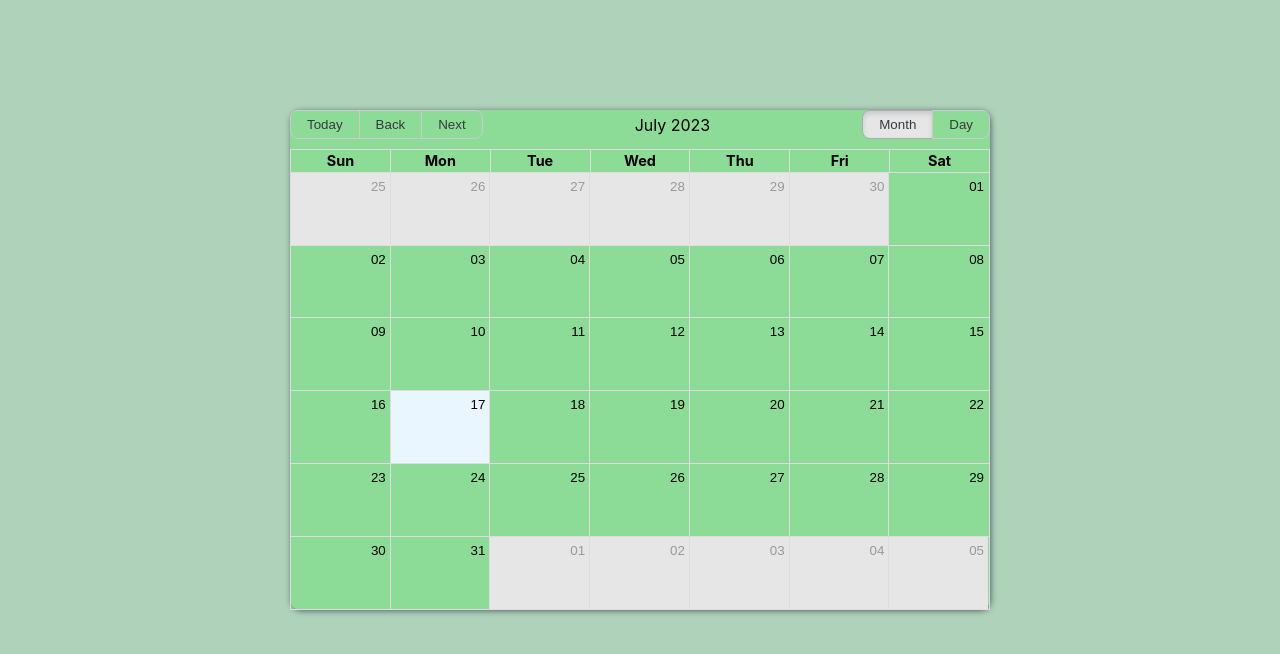
Repository: TetianaMishatkina/Calories-diary
Page: /
An editor plug-in stored every save of this project. The page is shown before and after the next save, followed by the edit.
The browser window is 1280 px wide. The pictures show the whole page.
The project was rebuilt for these pictures with package versions that can differ from the ones it lists, and the page was loaded fresh each time. Also part of the build but not shown: vite.config.js, src/components/informationForm/styled.js, src/components/informationForm/index.jsx.

Above is the page before, as saved 2023-07-20 14:37:40.

### src/App.jsx
import { useState } from 'react'
import './App.css'
import { Main } from './pages/main'

function App() {

  return (
    <Main />
  )
}

export default App

### src/index.css
:root {
  font-family: Inter, system-ui, Avenir, Helvetica, Arial, sans-serif;
  line-height: 1.5;
  font-weight: 400;


  font-synthesis: none;
  text-rendering: optimizeLegibility;
  -webkit-font-smoothing: antialiased;
  -moz-osx-font-smoothing: grayscale;
  -webkit-text-size-adjust: 100%;
}

a {
  font-weight: 500;
  color: #646cff;
  text-decoration: inherit;
}

a:hover {
  color: #535bf2;
}

body {
  margin: 0;
  display: flex;
  place-items: center;
  min-width: 320px;
  min-height: 100vh;
  background-color: #afd3ba;
  ;
  ;
}

h1 {
  font-size: 3.2em;
  line-height: 1.1;
}

### src/App.css
#root {
  max-width: 1280px;
  margin: 0 auto;
  padding: 2rem;
  text-align: center;
}

.logo {
  height: 6em;
  padding: 1.5em;
  will-change: filter;
  transition: filter 300ms;
}

.logo:hover {
  filter: drop-shadow(0 0 2em #646cffaa);
}

.logo.react:hover {
  filter: drop-shadow(0 0 2em #61dafbaa);
}

@keyframes logo-spin {
  from {
    transform: rotate(0deg);
  }

  to {
    transform: rotate(360deg);
  }
}

@media (prefers-reduced-motion: no-preference) {
  a:nth-of-type(2) .logo {
    animation: logo-spin infinite 20s linear;
  }
}

.card {
  padding: 2em;
}

.read-the-docs {}

### src/pages/main/index.jsx
import React from 'react';
import { MyCalendar } from '../../components/calendar';

export const Main = () => {
    return (

        <MyCalendar />

    )
}

### src/components/calendar/index.jsx
import React, { useState } from 'react'
import { momentLocalizer } from 'react-big-calendar'

import moment from 'moment'
import "react-big-calendar/lib/css/react-big-calendar.css";
import { StyledCalendar, StyledModal, StyledContentContainer, StyledArrowBackIcon } from "./styled"
import { InformationForm } from '../informationForm';


const localizer = momentLocalizer(moment)

export const MyCalendar = (props) => {
    const [open, setOpen] = useState(false);
    const [selectedDate, setSelectedDate] = useState(null);

    const handleSlotSelect = (slotInfo) => {
        setSelectedDate(slotInfo.start);
        setOpen(true);
    };

    const handleClose = () => {
        setOpen(false);
    }

    return (
        <StyledContentContainer>
            <StyledCalendar
                localizer={localizer}
                events={[]}
                startAccessor="start"
                endAccessor="end"
                style={{ height: 500, width: 700 }}
                views={['month', 'day']}
                onSelectSlot={handleSlotSelect}
                selectable
            />
            <StyledModal
                open={open}
                onClose={handleClose}>
                <InformationForm />
            </StyledModal>
        </StyledContentContainer>
    )
}

### src/components/calendar/styled.js
import styled from 'styled-components/macro'
import { Calendar } from 'react-big-calendar'
import { Modal } from "@material-ui/core";
import ArrowBackIcon from '@mui/icons-material/ArrowBack';

export const StyledArrowBackIcon = styled(ArrowBackIcon)``

export const StyledCalendar = styled(Calendar)`
cursor: pointer;
box-shadow: 1px 1px 7px -1px rgba(66, 68, 90, 1);
border-radius: 10px;
background: #8cdb97;
& button{
    border-radius: 8px;
}
`

export const StyledModal = styled(Modal)`
width: 800px;
height: 700px;
margin: auto;


`

export const StyledContentContainer = styled.div`


`

Loaded but not shown: index.html (common file); src/main.jsx (common file)

After the next save:
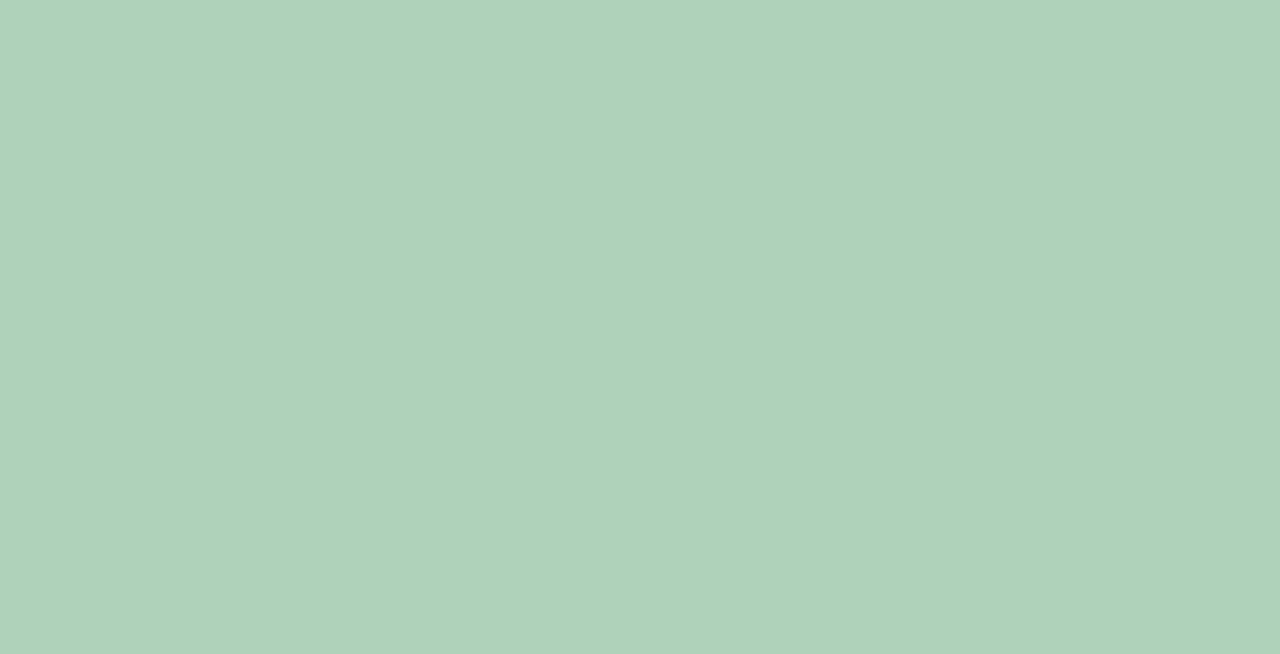
Console error: TypeError: Cannot read properties of undefined (reading 'hasOwnProperty')
Saved 36 s later.
--- a/src/components/calendar/index.jsx
+++ b/src/components/calendar/index.jsx
@@ -37,6 +37,7 @@
             <StyledModal
                 open={open}
                 onClose={handleClose}>
+                <StyledArrowBackIcon />
                 <InformationForm />
             </StyledModal>
         </StyledContentContainer>

After the save that followed:
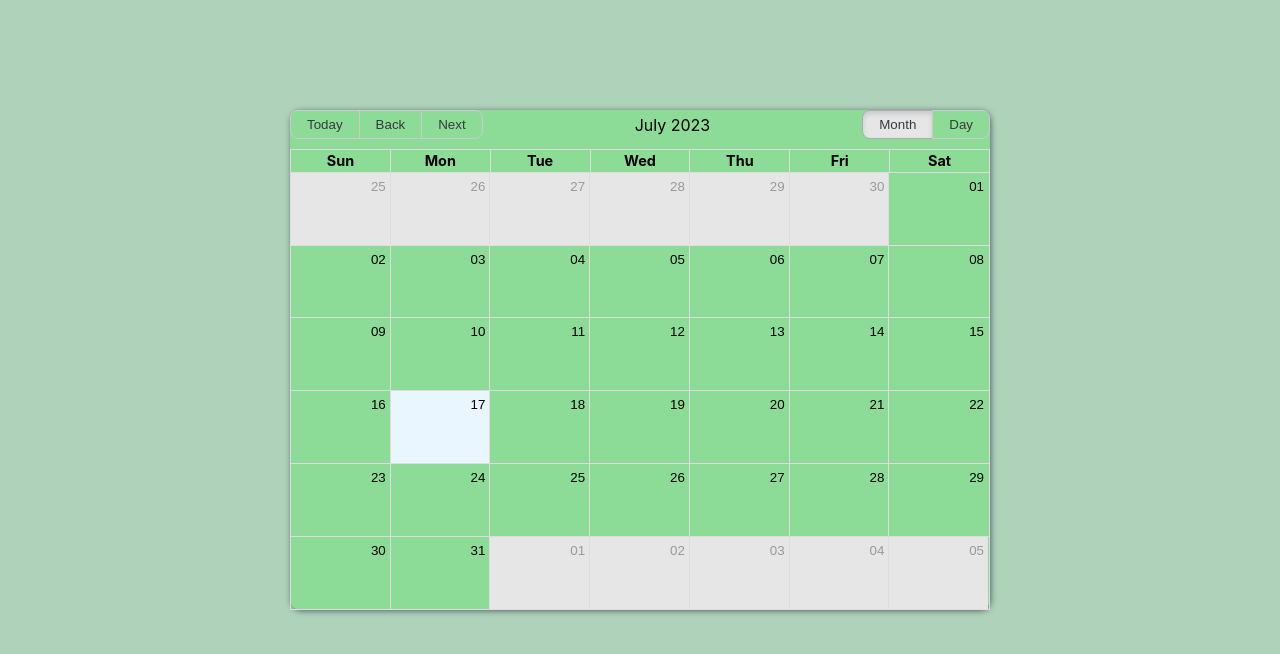
The error is gone.
Saved 5 min 19 s later.
--- a/src/components/calendar/index.jsx
+++ b/src/components/calendar/index.jsx
@@ -37,7 +37,7 @@
             <StyledModal
                 open={open}
                 onClose={handleClose}>
-                <StyledArrowBackIcon />
+
                 <InformationForm />
             </StyledModal>
         </StyledContentContainer>
